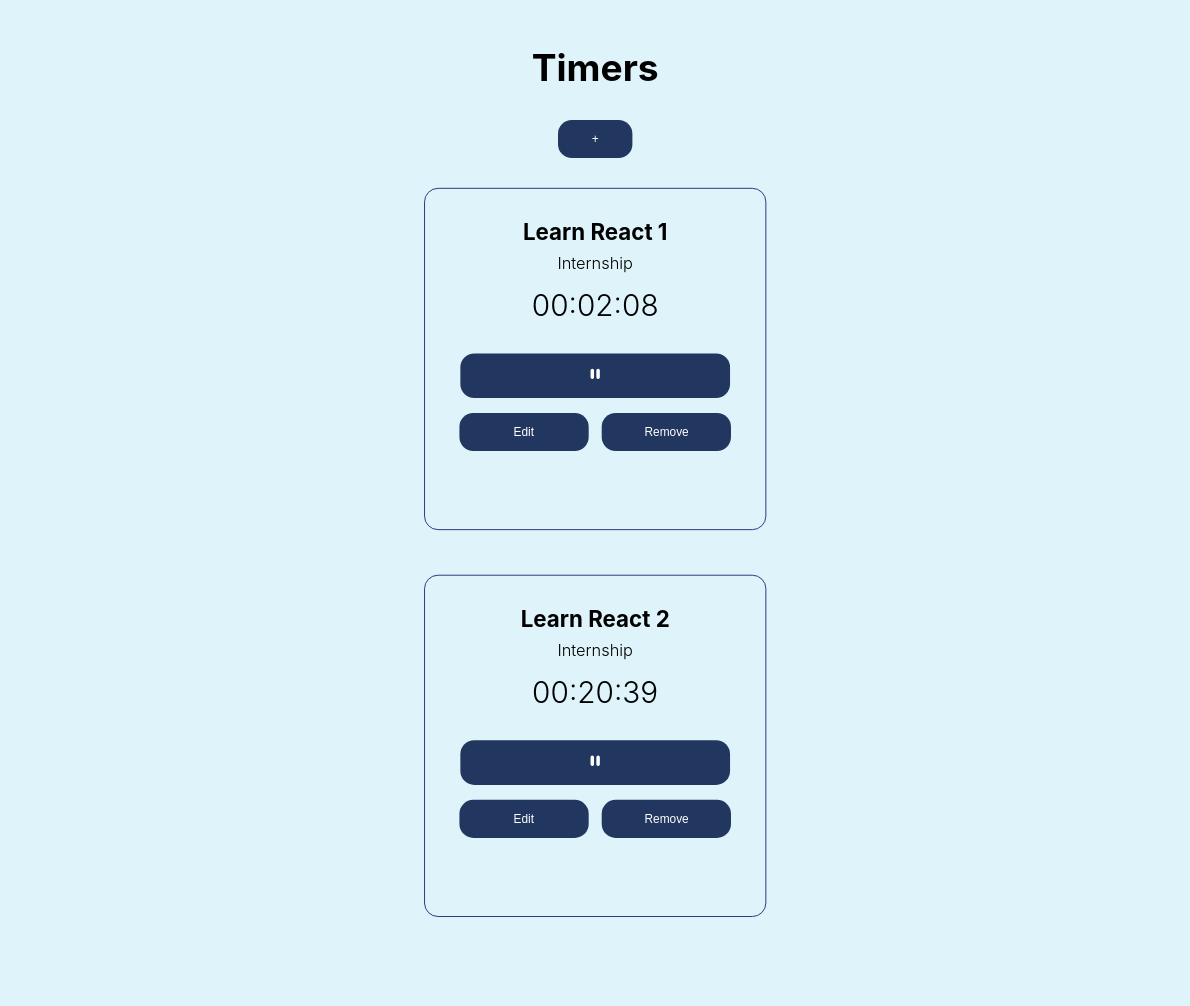
Repository: dqhuy153/react-timer
Page: /
An editor plug-in stored every save of this project. The page is shown before and after the next save, followed by the edit.
The browser window is 1280 px wide. The pictures show the whole page, at 93% of full size.
The project was rebuilt for these pictures with package versions that can differ from the ones it lists, and the page was loaded fresh each time. Also part of the build but not shown: src/components/TimerForm/TimerForm.module.scss, src/components/TimerForm/index.jsx.

Above is the page before, as saved 2021-10-26 18:14:28.

### src/index.css
* {
  padding: 0;
  margin: 0;
  box-sizing: border-box;
}

body {
  margin: 0;
  font-family: -apple-system, BlinkMacSystemFont, 'Segoe UI', 'Roboto', 'Oxygen',
    'Ubuntu', 'Cantarell', 'Fira Sans', 'Droid Sans', 'Helvetica Neue',
    sans-serif;
  -webkit-font-smoothing: antialiased;
  -moz-osx-font-smoothing: grayscale;

  font-size: 62.5%;
}

code {
  font-family: source-code-pro, Menlo, Monaco, Consolas, 'Courier New',
    monospace;
}

### src/App.js
import { useEffect, useRef, useState } from 'react';
import './App.scss';

import EditableTimerForm from './components/EditableTimerForm';
import ToggleableTimerForm from './components/ToggeableTimerForm';
import { newTimer } from './utils/TimerUtils';

function App() {
  const timerRef = useRef();
  const [timers, setTimers] = useState([
    {
      id: 1,
      title: 'Learn React 1',
      project: 'Internship',
      time: 123454,
      isRunning: true,
    },
    {
      id: 2,
      title: 'Learn React 2',
      project: 'Internship',
      time: 1234545,
      isRunning: true,
    },
  ]);

  const handleUpdateTimer = (data) => {
    let newTimers;

    //if has no id, create a new one
    if (!data.id) {
      newTimers = [
        newTimer({
          title: data.title,
          project: data.project,
        }),
        ...timers,
      ];
    }
    //update existing timer
    else {
      newTimers = timers.map((timer, idx) => {
        if (timer.id === data.id) {
          return {
            ...timer,
            title: data.title,
            project: data.project,
          };
        }

        return timer;
      });
    }

    setTimers(newTimers);
  };

  const handleRemoveTimer = (id) => {
    setTimers(timers.filter((timer) => timer.id !== id));
  };

  const handleTimerClick = (id) => {
    const newTimers = timers.map((timer, idx) => {
      if (timer.id === id) {
        return {
          ...timer,
          isRunning: !timer.isRunning,
        };
      }

      return timer;
    });

    setTimers(newTimers);
  };

  useEffect(() => {
    clearTimeout(timerRef.current);

    timerRef.current = setTimeout(() => {
      const newTimers = timers.map((timer, idx) => {
        if (timer.isRunning)
          return {
            ...timer,
            time: timer.time + 1000,
          };

        return timer;
      });

      setTimers(newTimers);
    }, 1000);
  }, [timers]);

  return (
    <div className="App">
      <div className="body">
        <h1>Timers</h1>

        <ToggleableTimerForm onUpdate={handleUpdateTimer} />

        {timers.map((timer) => {
          return (
            <EditableTimerForm
              key={timer.id}
              id={timer.id}
              title={timer.title}
              project={timer.project}
              timer={timer.time}
              isRunning={timer.isRunning}
              onUpdate={handleUpdateTimer}
              onRemove={handleRemoveTimer}
              onTimerClick={handleTimerClick}
            />
          );
        })}
      </div>
    </div>
  );
}

export default App;

### src/App.scss
.App {
  background: #def4fa;
}

.body {
  display: flex;
  justify-content: flex-start;
  align-items: center;
  flex-direction: column;
  padding: 3rem 0;
  height: 100%;
  min-height: 100vh;

  h1 {
    font-size: 2.5rem;
  }
}

### src/components/EditableTimerForm/index.jsx
import React, { useState } from 'react';
import Timer from '../Timer';
import TimerForm from '../TimerForm';

import styles from './EditableTimerForm.module.scss';

const EditableTimerForm = ({
  id,
  title,
  project,
  timer,
  isRunning,
  onUpdate,
  onRemove,
  onTimerClick,
}) => {
  const [isEdit, setIsEdit] = useState(false);

  const handleOpenEdit = () => {
    setIsEdit(true);
  };

  const handleCloseEdit = () => {
    setIsEdit(false);
  };

  const handleUpdate = (data) => {
    onUpdate(data);
    handleCloseEdit();
  };

  const content = isEdit ? (
    <TimerForm
      id={id}
      title={title}
      project={project}
      timer={timer}
      onCancel={handleCloseEdit}
      onUpdate={handleUpdate}
    />
  ) : (
    <Timer
      id={id}
      title={title}
      project={project}
      timer={timer}
      isRunning={isRunning}
      onEdit={handleOpenEdit}
      onRemove={() => onRemove(id)}
      onTimerClick={() => onTimerClick(id)}
    />
  );

  return <div className={styles.container}>{content}</div>;
};

export default EditableTimerForm;

### src/components/ToggeableTimerForm/index.jsx
import { useState } from 'react';
import Button from '../Button';
import TimerForm from '../TimerForm';

import styles from './ToggleableTimerForm.module.scss';

const ToggleableTimerForm = ({ onUpdate, ...props }) => {
  const [isOpen, setIsOpen] = useState(false);

  const handleOpenForm = () => {
    setIsOpen(true);
  };

  const handleCloseForm = () => {
    setIsOpen(false);
  };

  const handleUpdate = (data) => {
    onUpdate(data);
    handleCloseForm();
  };

  const content = isOpen ? (
    <TimerForm onCancel={handleCloseForm} onUpdate={handleUpdate} />
  ) : (
    <Button onClick={handleOpenForm}>+</Button>
  );

  return <div className={styles.container}>{content}</div>;
};

export default ToggleableTimerForm;

### src/utils/TimerUtils.js
import { v4 as uuidv4 } from 'uuid';

export const millisecondsToHuman = (ms) => {
  const seconds = Math.floor((ms / 1000) % 60);
  const minutes = Math.floor((ms / 1000 / 60) % 60);
  const hours = Math.floor(ms / 1000 / 60 / 60);

  const humanized = [
    pad(hours.toString(), 2),
    pad(minutes.toString(), 2),
    pad(seconds.toString(), 2),
  ].join(':');

  return humanized;
};

const pad = (numberString, size) => {
  let padded = numberString;
  while (padded.length < size) {
    padded = `0${padded}`;
  }
  return padded;
};

export const newTimer = (attrs = {}) => {
  const timer = {
    title: attrs.title || 'Timer',
    project: attrs.project || 'Project',
    id: uuidv4(),
    time: 0,
    isRunning: false,
  };

  return timer;
};

### src/components/Timer/index.jsx
import React from 'react';
import { BsPauseFill, BsPlayFill } from 'react-icons/bs';

import { millisecondsToHuman } from '../../utils/TimerUtils';
import Button from '../Button';
import styles from './Timer.module.scss';

const Timer = ({
  title,
  project,
  timer,
  isRunning,
  onEdit,
  onRemove,
  onTimerClick,
}) => {
  const buttonLabel = isRunning ? (
    <BsPauseFill size={20} />
  ) : (
    <BsPlayFill size={20} />
  );

  return (
    <div className={styles.container}>
      <h2>{title}</h2>
      <p>{project}</p>
      <p className={styles.timer}>{millisecondsToHuman(timer)}</p>
      <Button className={styles.timer_btn} onClick={onTimerClick}>
        {buttonLabel}
      </Button>
      <div className={styles.btn_container}>
        <Button className={styles.btn} onClick={onEdit}>
          Edit
        </Button>
        <Button className={styles.btn} onClick={onRemove}>
          Remove
        </Button>
      </div>
    </div>
  );
};

export default Timer;

### src/components/EditableTimerForm/EditableTimerForm.module.scss
.container {
  transition: all 0.2s linear;
  border: 1px solid #1b3179;
  padding: 2rem;
  border-radius: 15px;
  width: 23rem;
  height: 23rem;
  margin-bottom: 3rem;

  &:hover {
    box-shadow: rgba(100, 100, 111, 0.2) 0px 7px 29px 0px;
    background: #ffffff7e;
    border: none;
  }
}

### src/components/Button/index.jsx
import React from 'react';

import styles from './Button.module.scss';

const Button = ({
  children,
  onClick,
  className,
  bgColor = '#22375f',
  color = '#fff',
  hoverColor = '#22375f',
  hoverBgColor = '#fff',
  ...rest
}) => {
  return (
    <button
      style={{
        '--bg-color': bgColor,
        '--color': color,
        '--hover-color': hoverColor,
        '--hover-bg-color': hoverBgColor,
      }}
      className={`${styles.container} ${className}`}
      onClick={onClick}
      children={children}
      {...rest}
    ></button>
  );
};

export default Button;

### src/components/ToggeableTimerForm/ToggleableTimerForm.module.scss
.container {
  margin: 2rem;
}

### src/components/Timer/Timer.module.scss
.container {
  text-align: center;

  h2 {
    font-size: 1.5rem;
    margin-bottom: 0.5rem;
  }
  p {
    font-size: 1.1rem;
    font-weight: 300;
    margin-bottom: 1rem;
  }

  .timer {
    font-size: 2rem;
  }

  .btn_container {
    display: flex;
    justify-content: space-between;

    .btn {
      margin: 0 0.3rem;
      width: 46%;
    }
  }

  .timer_btn {
    width: 96%;
    margin: 1rem auto;
  }
}

### src/components/Button/Button.module.scss
.container {
  padding: 0.8rem 2rem;
  min-width: 5rem;
  border: none;
  color: var(--color);
  border-radius: 15px;
  background: var(--bg-color);
  font-size: 0.8rem;
  cursor: pointer;
  transition: all 0.2s linear;

  &:hover {
    box-shadow: rgba(100, 100, 111, 0.3) 0px 7px 29px 0px;
    background: var(--hover-bg-color);
    color: var(--hover-color);
    font-weight: bold;
  }

  &:active {
    transform: translateY(2px);
  }
}

Loaded but not shown: public/index.html (common file); src/index.js (common file); src/reportWebVitals.js (common file)

After the next save:
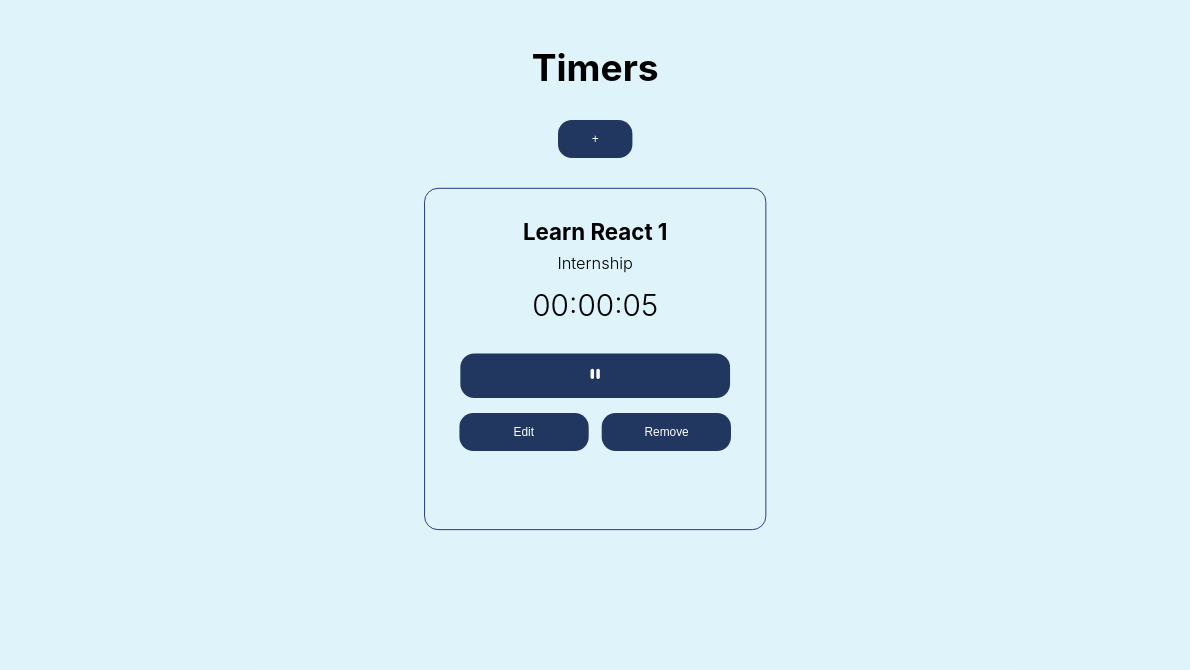
Saved 98 min 31 s later.
--- a/src/App.js
+++ b/src/App.js
@@ -12,14 +12,7 @@ function App() {
       id: 1,
       title: 'Learn React 1',
       project: 'Internship',
-      time: 123454,
-      isRunning: true,
-    },
-    {
-      id: 2,
-      title: 'Learn React 2',
-      project: 'Internship',
-      time: 1234545,
+      time: 0,
       isRunning: true,
     },
   ]);
